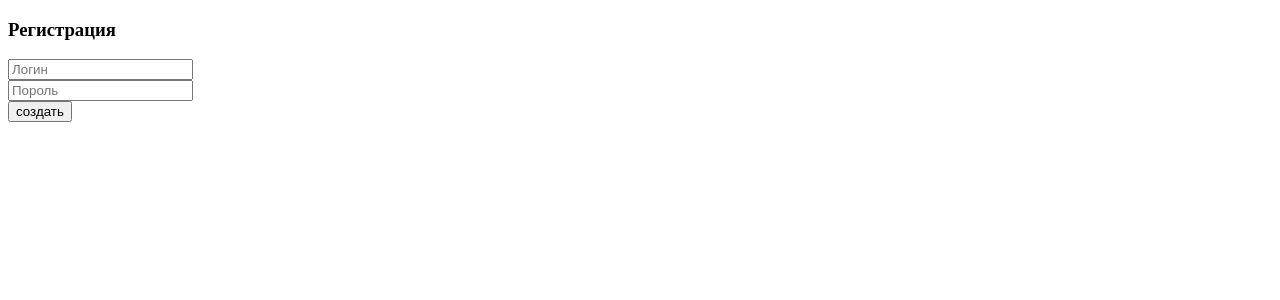
Repository: djetrl/php_magizin
Page: register.html
An editor plug-in stored every save of this project. The page is shown before and after the next save, followed by the edit.
The browser window is 1280 px wide. The pictures show the whole page.

Above is the page before, as saved 2022-10-12 05:22:58.

### register.html
<!DOCTYPE html>
<html lang="en">
<head>
  <meta charset="UTF-8">
  <meta http-equiv="X-UA-Compatible" content="IE=edge">
  <meta name="viewport" content="width=device-width, initial-scale=1.0">
  <title>Document</title>
  <script src="/vendor/jquery-3.6.1.min.js"></script>
  <script src="script.js"></script>
</head>
<body>
  <div id="content">
    <h3>Регистрация</h3>
    <input type="text" id="login" placeholder="Логин"><br>
    <input type="text" id="passw" placeholder="Пороль"><br>
    <button onclick="register()">создать</button>

  </div>
</body>
</html>

### script.js
function login(){
  let log = $('#login').val()
  let pas = $('#passw').val()


  $.get('auth.php', {login: log, password: pas}, function (data){
    let otvet = JSON.parse(data);
    // если произошла ошибка
    if ('error' in otvet){
      alert(otvet['error', 'text'])
    }else if ('user' in otvet){
      alert('вы успешно авторизовались');
      localStorage.setItem(`token ${log}`, otvet.user.token);
    }else{
      alert('непредвиденная ошибка');
      console.log(data);
    }
  })
}

function register(){
  let log = $('#login').val();
  let pas = $('#passw').val();

  $.get('register.php', {login: log, password: pas }, function(data){
    if (pas != pas2) {


        let otvet = JSON.parse(data)
        alert('пользователь успешно зарегистрирован');
        setTimeout(function(){
          window.location.href = 'http://217.71.129.139:5443/login.html';
        }, 400);
  }
  });
}

Loaded but not shown: vendor/jquery-3.6.1.min.js (library)

After the next save:
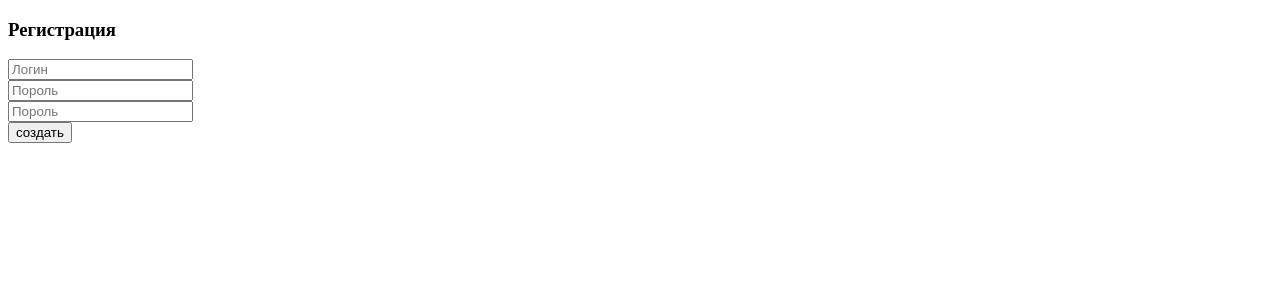
Saved 72 s later.
--- a/register.html
+++ b/register.html
@@ -13,6 +13,7 @@
     <h3>Регистрация</h3>
     <input type="text" id="login" placeholder="Логин"><br>
     <input type="text" id="passw" placeholder="Пороль"><br>
+    <input type="text" id="passw2" placeholder="Пороль"><br>
     <button onclick="register()">создать</button>
 
   </div>
